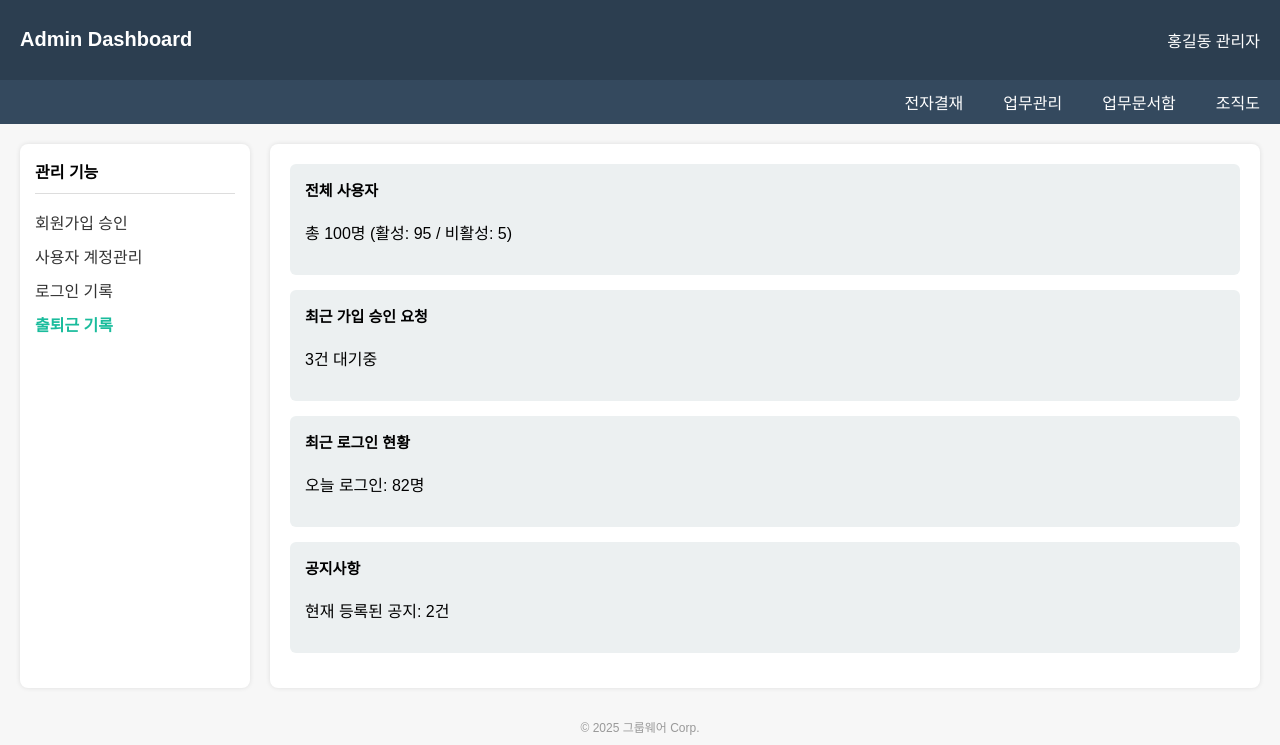
Repository: hyunbin7664/web-java-workspace
Page: groupware/src/main/webapp/admin_dashboard.html
These files come from the project's save history. The page is drawn as it stood at one moment and after the next save; the edit follows.
The browser window is 1280 px wide. The pictures show the whole page.

Above is the page before, as saved 2025-07-07 08:35:38.

### groupware/src/main/webapp/admin_dashboard.html
<!DOCTYPE html>
<html lang="ko">
<head>
<meta charset="UTF-8">
<title>Admin Dashboard</title>
<style>
body {
	margin: 0;
	font-family: Arial, sans-serif;
	background-color: #f7f7f7;
}

header {
	background-color: #2c3e50;
	color: white;
	padding: 15px 20px;
	display: flex;
	justify-content: space-between;
	align-items: center;
}

header h1 {
	font-size: 20px;
}

nav {
	display: flex;
	justify-content: flex-end;
	background-color: #34495e;
}

nav a {
	padding: 10px 20px;
	color: white;
	text-decoration: none;
	display: inline-block;
}

nav a:hover, nav a.active {
	background-color: #1abc9c;
}

.container {
	display: flex;
	padding: 20px;
}

.sidebar {
	width: 200px;
	background-color: white;
	border-radius: 8px;
	padding: 15px;
	margin-right: 20px;
	box-shadow: 0 0 5px rgba(0, 0, 0, 0.1);
}

.sidebar h3 {
	margin-top: 0;
	font-size: 16px;
	border-bottom: 1px solid #ddd;
	padding-bottom: 10px;
}

.sidebar ul {
	list-style: none;
	padding: 0;
}

.sidebar ul li {
	margin: 10px 0;
}

.sidebar ul li a {
	color: #333;
	text-decoration: none;
}

.sidebar ul li a.active, .sidebar ul li a:hover {
	color: #1abc9c;
	font-weight: bold;
}

.main-content {
	flex: 1;
	background-color: white;
	border-radius: 8px;
	padding: 20px;
	box-shadow: 0 0 5px rgba(0, 0, 0, 0.1);
}

.card {
	background-color: #ecf0f1;
	padding: 15px;
	border-radius: 6px;
	margin-bottom: 15px;
}

.card h4 {
	margin-top: 0;
	font-size: 15px;
}

footer {
	text-align: center;
	padding: 10px;
	font-size: 12px;
	color: #999;
}
</style>
</head>
<body>
	<header>
		<h1>
			<a href="admin_dashboard.html" style="text-decoration: none; color: inherit;">Admin Dashboard</a>
		</h1>
		<div>홍길동 관리자</div>
	</header>
	<nav>
		<a href="#">전자결재</a>
		<a href="#">업무관리</a>
		<a href="#">업무문서함</a>
		<a href="#">조직도</a>
	</nav>
	<div class="container">
		<div class="sidebar">
			<h3>관리 기능</h3>
			<ul>
				<li><a href="employee_approval.html">회원가입 승인</a> </li>
				<li><a href="user_list.html">사용자 계정관리</a> </li>
				<li><a href="login_log.html">로그인 기록</a> </li>
				<li><a href="attendance_log.html" class="active">출퇴근 기록</a></li>
			</ul>
		</div>

		<div class="main-content">
			<div class="card">
				<h4>전체 사용자</h4>
				<p>총 100명 (활성: 95 / 비활성: 5)</p>
			</div>

			<div class="card">
				<h4>최근 가입 승인 요청</h4>
				<p>3건 대기중</p>
			</div>

			<div class="card">
				<h4>최근 로그인 현황</h4>
				<p>오늘 로그인: 82명</p>
			</div>

			<div class="card">
				<h4>공지사항</h4>
				<p>현재 등록된 공지: 2건</p>
			</div>

		</div>
	</div>

	<footer> © 2025 그룹웨어 Corp. </footer>
</body>
</html>

After the next save:
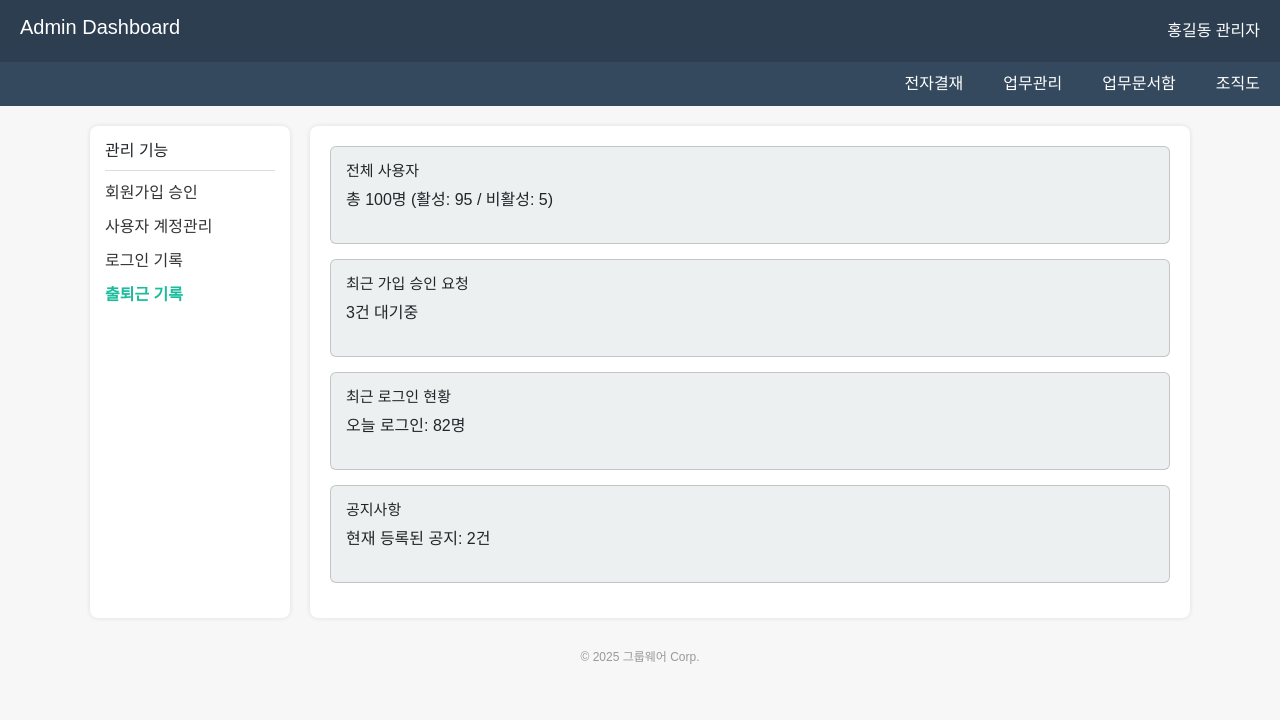
Saved 57 s later.
--- a/groupware/src/main/webapp/admin_dashboard.html
+++ b/groupware/src/main/webapp/admin_dashboard.html
@@ -3,6 +3,9 @@
 <head>
 <meta charset="UTF-8">
 <title>Admin Dashboard</title>
+<link
+	href="https://cdn.jsdelivr.net/npm/bootstrap@5.3.2/dist/css/bootstrap.min.css"
+	rel="stylesheet">
 <style>
 body {
 	margin: 0;
